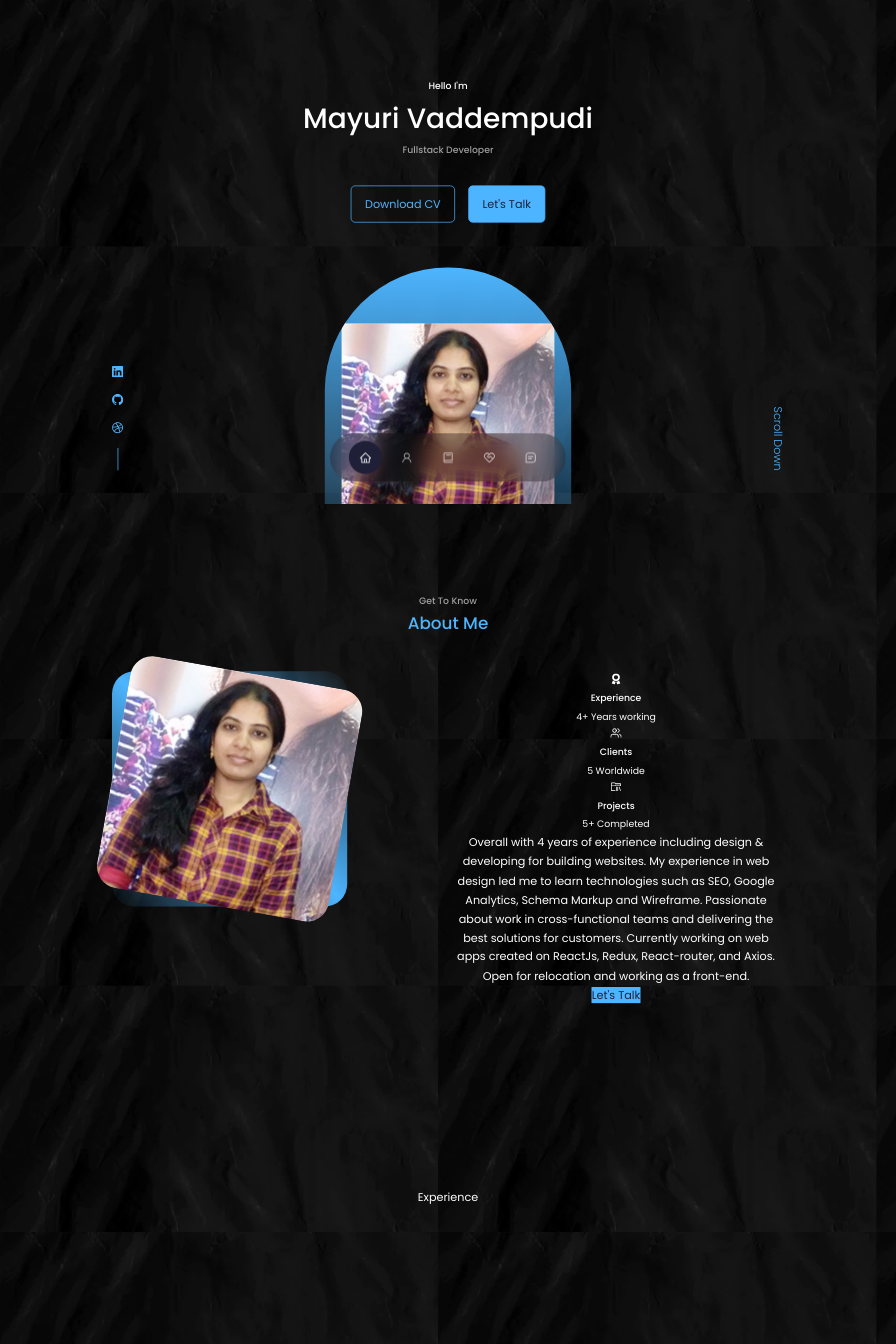
Repository: mayuri2018/Mr_react_portfolio
Page: /
These files come from the project's save history. The page is drawn as it stood at one moment and after the next save; the edit follows.
The browser window is 1280 px wide. The pictures show the part of the page from y = 0 to 1920 px (the page is 5835 px tall), at 70% of full size.
The pointer rests on the first visible `.about_me-image`.
The project was rebuilt for these pictures with package versions that can differ from the ones it lists, and the page was loaded fresh each time. Also part of the build but not shown: src/components/experience/experience.css, src/components/services/services.css, src/components/portfolio/portfolio.css, src/components/testimonials/testimonials.css, src/components/contact/contact.css, src/components/footer/footer.css.

Above is the page before, as saved 2023-01-25 13:34:52.

After the next save:
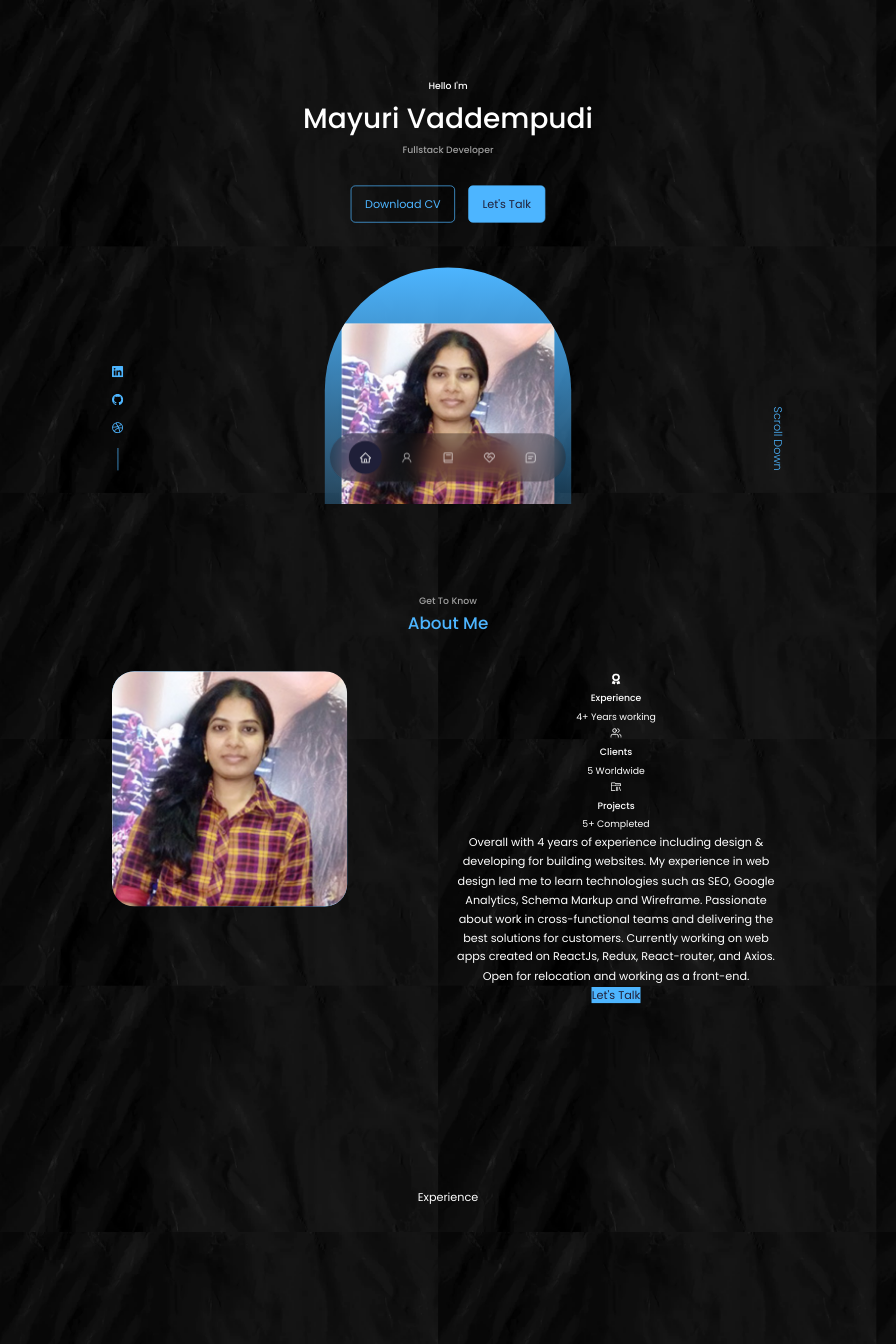
Saved 45 s later.
--- a/src/components/about/about.css
+++ b/src/components/about/about.css
@@ -22,3 +22,7 @@
     overflow: hidden;
     transform: rotate(10deg);
 }
+
+.about_me-image:hover{
+    transform: rotate(0);
+}
